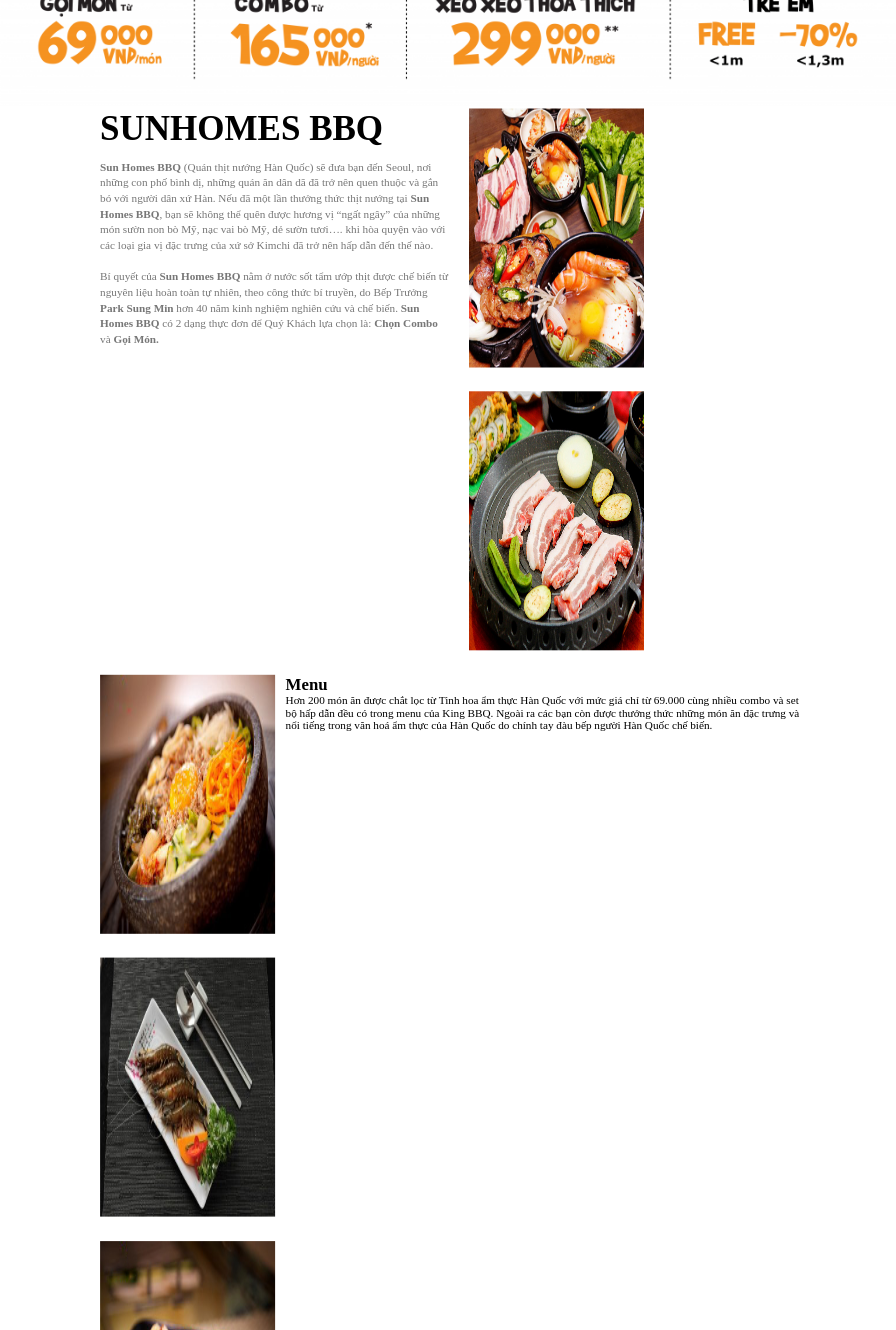
Repository: QUANGTHAI2003/sunhomesbbq
Page: index.html
These files come from the project's save history. The page is drawn as it stood at one moment and after the next save; the edit follows.
The browser window is 1280 px wide. The pictures show the part of the page from y = 1020 to 2920 px (the page is 4006 px tall), at 70% of full size.
A picture or video elsewhere on the page could not be fetched, so the positions and the page height are approximate.

Above is the page before, as saved 2022-02-10 20:52:53.

### index.html
<!DOCTYPE html>
<html lang="en">
<head>
    <meta charset="UTF-8">
    <meta http-equiv="X-UA-Compatible" content="IE=edge">
    <meta name="viewport" content="width=device-width, initial-scale=1.0">
    <link rel="stylesheet" href="https://cdnjs.cloudflare.com/ajax/libs/normalize/8.0.1/normalize.min.css">
    <link rel="stylesheet" href="style.css">
    <link rel="stylesheet" href="./assets/fonts/fontawesome-free-5.15.4-web/css/all.min.css">
    <link href="https://fonts.googleapis.com/css2?family=Roboto:wght@300;500;700&display=swap" rel="stylesheet">
    <title>Assignment</title>
</head>
<body>
    <div class="container">
            <div class="header">
                <a href="#" id="logo"><img src="img/logo-Sunhomes-BBQ.png" alt="Logo" width="350"></a>
                <ul class="nav">
                    <li><a href="TrangChu.html">Trang chủ</a></li>
                    <li><a href="#">Giới thiệu</a></li>
                    <li><a href="#">Đặt bàn</a></li>
                    <li><a href="#">Thực đơn</a></li>
                    <li><a href="#">Tuyển dụng</a></li>
                    <li><a href="#">Tin tức</a></li>
                    <li><a href="#">Liên hệ</a></li>
                    <li><a href="#">Hotline: 0774 *** ***</a></li>
                </ul>
            </div>

            <div class="content">
                <img src="./img/SLIDER2-1024x509.jpg" alt="" width="100%">
                <img src="./img/bang-gia-01-1024x165.png" alt="" width="100%">
                <div class="content-section-sunhomes">
                    <div class="section-left-sunhomes">
                        <h2 class="section-heading">SUNHOMES BBQ</h2>
                        <p class="section-content">
                            <span>Sun Homes BBQ</span> (Quán thịt nướng Hàn Quốc) sẽ đưa bạn đến Seoul, nơi những con phố bình dị, những quán ăn dân dã đã trở
                            nên quen thuộc và gắn bó với người dân xứ Hàn. Nếu đã một lần thưởng thức thịt nướng tại <span>Sun Homes BBQ</span>, bạn sẽ không thể
                            quên được hương vị “ngất ngây” của những món sườn non bò Mỹ, nạc vai bò Mỹ, dẻ sườn tươi…. khi hòa quyện vào với các
                            loại gia vị đặc trưng của xứ sở Kimchi đã trở nên hấp dẫn đến thế nào.
                            <br> <br>
                            Bí quyết của <span>Sun Homes BBQ</span> nằm ở nước sốt tẩm ướp thịt được chế biến từ nguyên liệu hoàn toàn tự nhiên, theo công thức
                            bí truyền, do Bếp Trưởng <span>Park Sung Min</span> hơn 40 năm kinh nghiệm nghiên cứu và chế biến. <span>Sun Homes BBQ</span> có 2 dạng thực đơn
                            để Quý Khách lựa chọn là: <span>Chọn Combo</span> và <span>Gọi Món.</span>
                        </p>
                    </div>
                    <div class="section-images">
                        <img src="./img/sunhomes-bbq-img1.jpg" alt="">
                        <img src="./img/sunhomes-bbq-img2.jpg" alt="">
                    </div>
                </div>
                <div class="content-section-menu">
                    <div class="section-images">
                        <img src="./img/img-menu1.jpg" alt="">
                        <img src="./img/img-menu2.jpg" alt="">
                        <img src="./img/img-menu3.jpg" alt="">
                        <img src="./img/img-menu4.jpg" alt="">
                        <img src="" alt="">
                    </div>
                    <div class="section-right">
                        <h2 class="section-heading">Menu</h2>
                        <p class="section-content">
                            Hơn 200 món ăn được chắt lọc từ Tinh hoa ẩm thực Hàn Quốc với mức giá chỉ từ 69.000 cùng nhiều combo và set bộ hấp dẫn
                            đều có trong menu của King BBQ. Ngoài ra các bạn còn được thưởng thức những món ăn đặc trưng và nổi tiếng trong văn hoá
                            ẩm thực của Hàn Quốc do chính tay đàu bếp người Hàn Quốc chế biến.
                        </p>
                    </div>
                </div>
            </div>

            <div class="footer">

            </div>
    </div>
</body>
</html>

### style.css
* {
    margin: 0;
    padding: 0;
    box-sizing: border-box;
}
.header {
    height: 100px;
    background-color: #000;
    position: fixed;
    top: 0;
    right: 0;
    left: 0;
}

.header img {
    padding: 8px;
}
/* Navigation bar */
.nav {
    max-width: 90%;
    display: flex;
}

#logo {
    float: left;
    padding: 0 100px;
}
.nav li {
    list-style: none;
    line-height: 100px;
    font-weight: 500;
}

.nav li a {
    color: #c6c6c6;
    padding: 6px 15px;
    text-decoration: none;
}

.nav li:hover a {
    color: #f3e385;
    font-weight: bold;
}

.nav li:last-child a {
    border: 1px solid #c6c6c6;
    border-radius: 5px;
    text-transform: none;
}

.nav li:last-child a:hover {
    background-color: #f3e385;
    color: #000;
}
/* Content */
.content {
    height: 1000px;
}

.content-section-sunhomes {
    display: flex;
    max-width: 80%;
    background-size: cover;
    background-position: 50% 50%;
    margin: 0 auto;
}

.section-left-sunhomes {
    flex: 1;
    padding: 0 15px 30px;
}

.section-left-sunhomes .section-heading {
    font-size: 50px;
    margin: 0 0 15px;
    font-family: Berkshire Swash;
}

.section-left-sunhomes .section-content {
    font-size: 16px;
    margin: 0 0 20px;
    line-height: 1.4;
    color: #777777;
}

.section-left-sunhomes .section-content span {
    font-weight: 700;
}
.section-images {
    flex: 1;
}

.section-images img {
    width: 280px;
    height: 400px;
    flex-basis: 25%;
    padding: 0 15px 30px;
}

.content-section-menu {
    display: flex;
    max-width: 80%;
    background-size: cover;
    background-position: 50% 50%;
    margin: 0 auto;
}

After the next save:
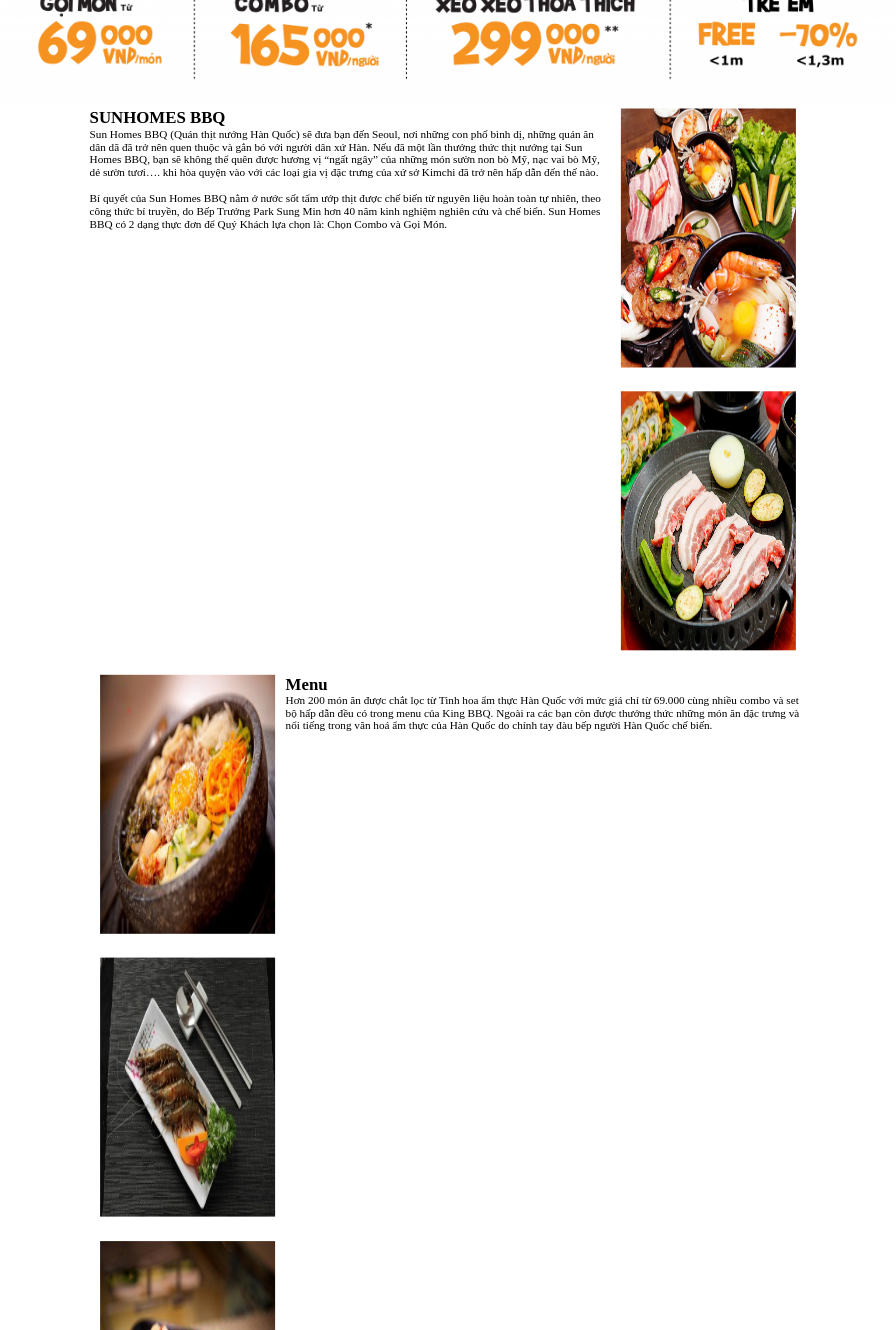
Saved 46 s later.
--- a/index.html
+++ b/index.html
@@ -30,7 +30,7 @@
                 <img src="./img/SLIDER2-1024x509.jpg" alt="" width="100%">
                 <img src="./img/bang-gia-01-1024x165.png" alt="" width="100%">
                 <div class="content-section-sunhomes">
-                    <div class="section-left-sunhomes">
+                    <div class="section-left">
                         <h2 class="section-heading">SUNHOMES BBQ</h2>
                         <p class="section-content">
                             <span>Sun Homes BBQ</span> (Quán thịt nướng Hàn Quốc) sẽ đưa bạn đến Seoul, nơi những con phố bình dị, những quán ăn dân dã đã trở

After the save that followed:
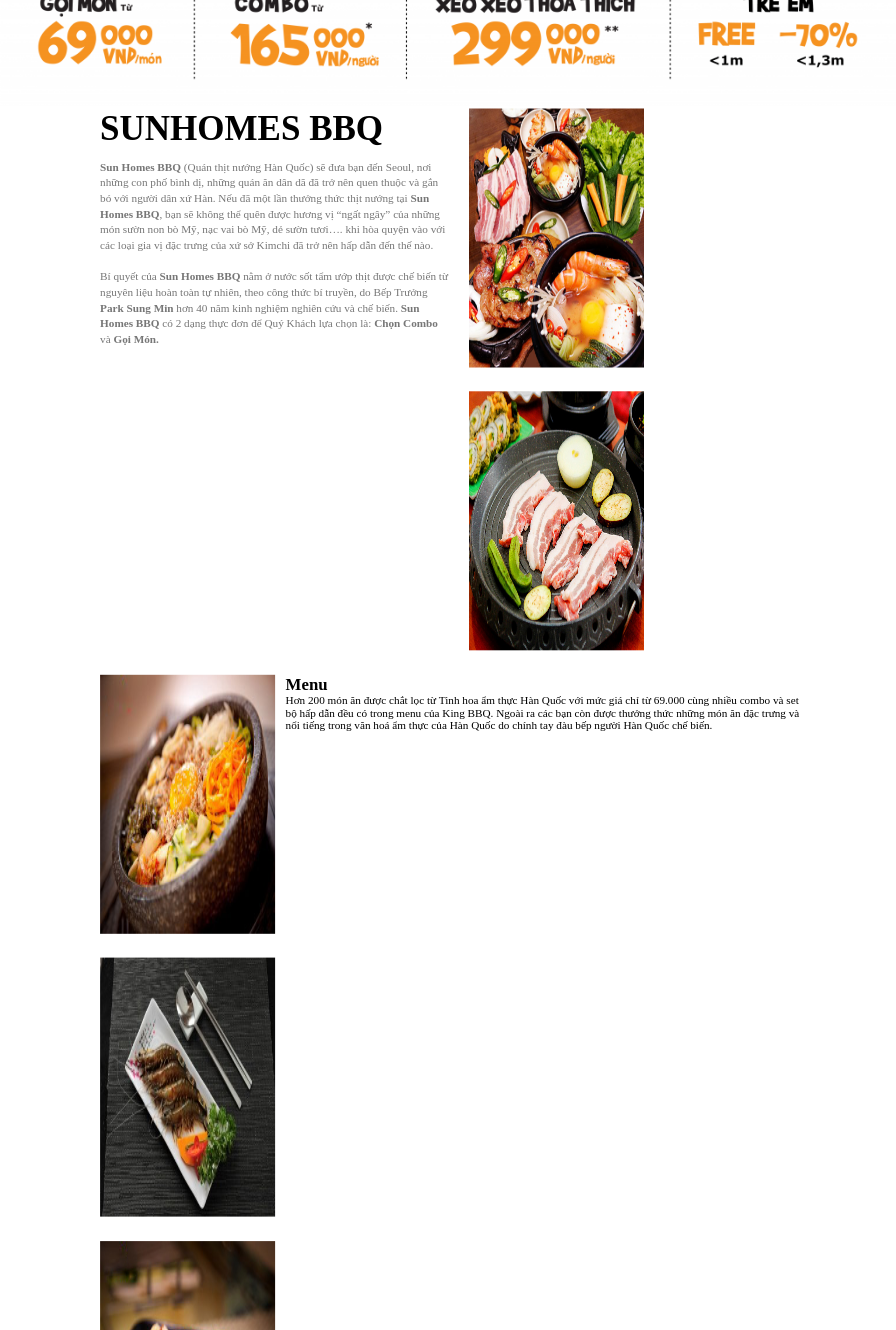
Saved 13 s later.
--- a/index.html
+++ b/index.html
@@ -30,7 +30,7 @@
                 <img src="./img/SLIDER2-1024x509.jpg" alt="" width="100%">
                 <img src="./img/bang-gia-01-1024x165.png" alt="" width="100%">
                 <div class="content-section-sunhomes">
-                    <div class="section-left">
+                    <div class="section-left-sunhomes">
                         <h2 class="section-heading">SUNHOMES BBQ</h2>
                         <p class="section-content">
                             <span>Sun Homes BBQ</span> (Quán thịt nướng Hàn Quốc) sẽ đưa bạn đến Seoul, nơi những con phố bình dị, những quán ăn dân dã đã trở
